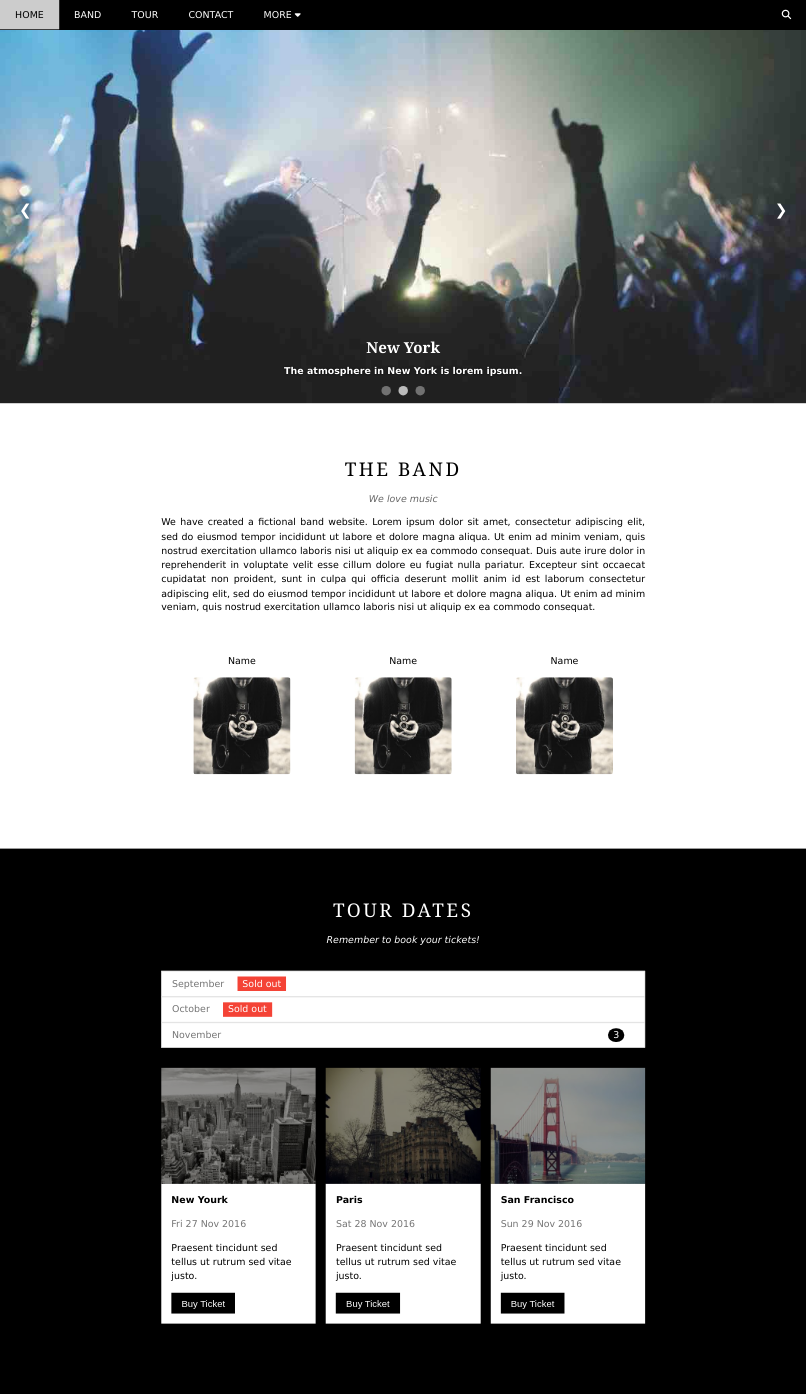
Repository: tam1512/The-Band
Page: index.html
The author's editor kept a copy of each file at every save. The page is drawn from the files as they stood at one save, then again after the next save.
The browser window is 1280 px wide. The pictures show the whole page, at 63% of full size.
Some web libraries are served in a nearby version.

Above is the page before, as saved 2022-07-24 09:16:37.

After the next save:
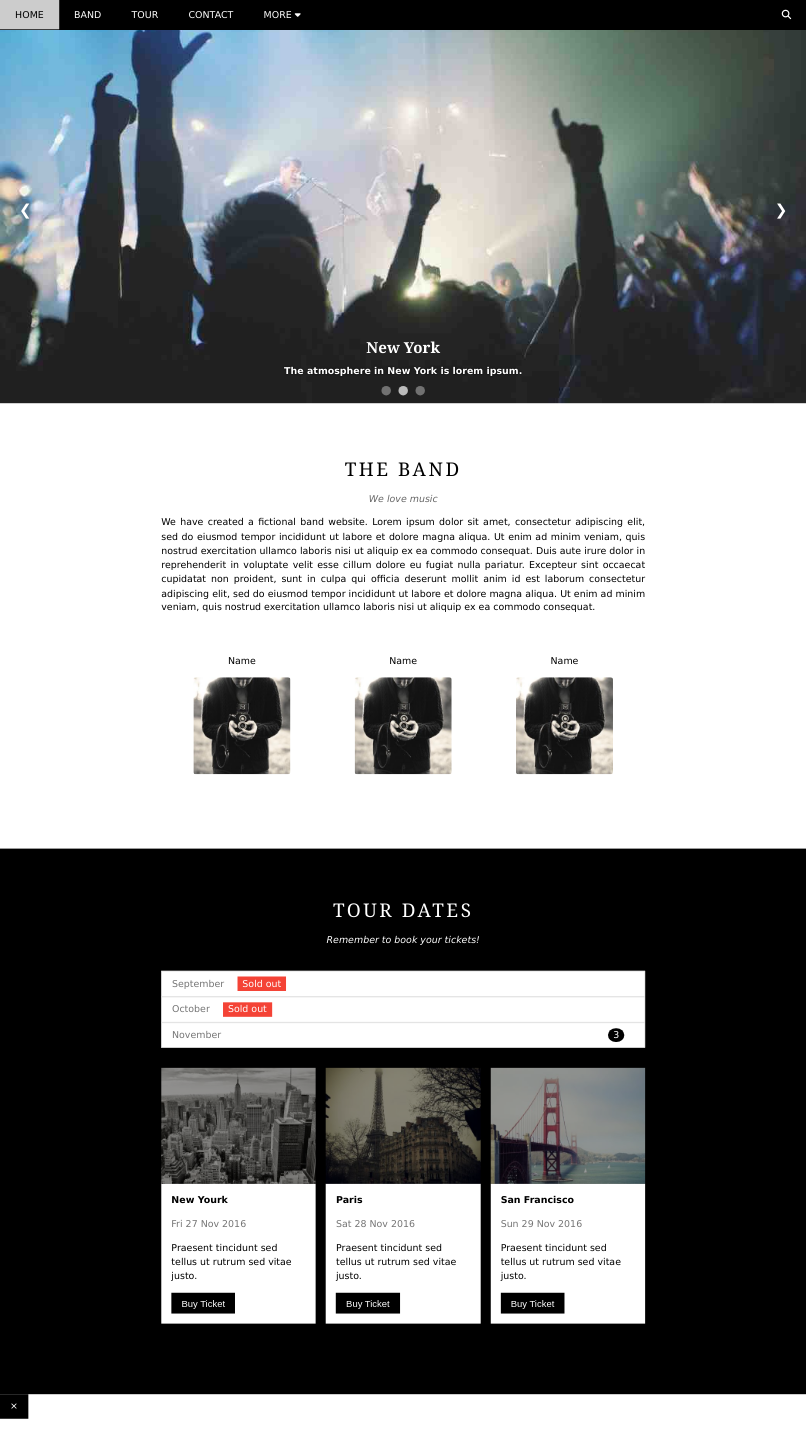
Saved 24 min 9 s later.
--- a/index.html
+++ b/index.html
@@ -153,6 +153,16 @@
             </div>
           </div>
         </div>
+        <!-- Ticket modal -->
+        <div id="ticket-modal">
+          <div class="modal-heading">
+            <span class="btn-ticket-out btn">&times;</span>
+            <h2 class="ticket-title text-center text-white">
+              <i class="fa-solid fa-suitcase"></i>
+              Tickets
+            </h2>
+          </div>
+        </div>
       </div>
     </div>
     <script src="assets/js/js.js"></script>
